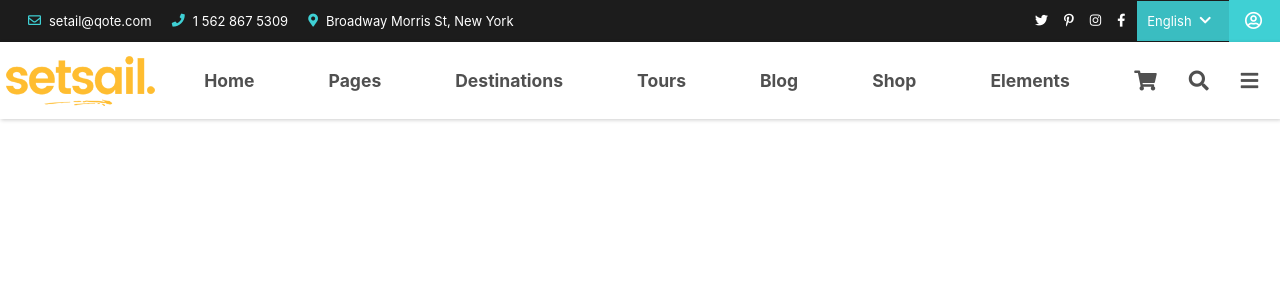
Repository: Hunga9k50doker/Setail
Page: /
These files come from the project's save history. The page is drawn as it stood at one moment and after the next save; the edit follows.
The browser window is 1280 px wide. The pictures show the whole page.
The project was rebuilt for these pictures with package versions that can differ from the ones it lists, and the page was loaded fresh each time.

Above is the page before, as saved 2021-10-21 12:24:22.

After the next save:
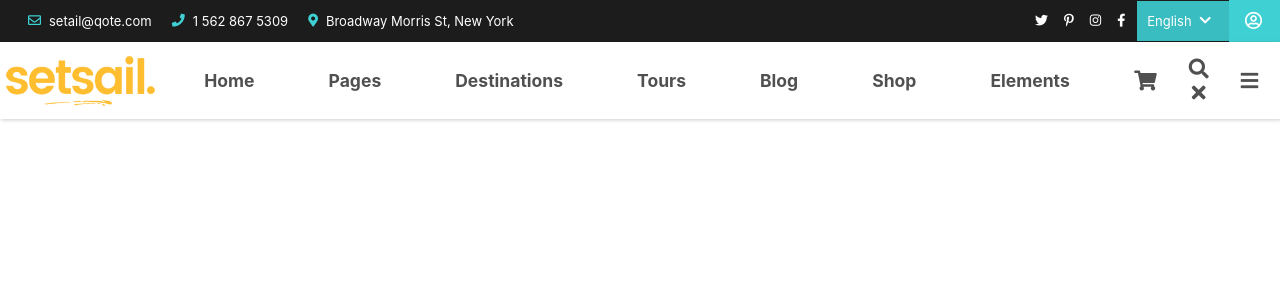
Saved 26 s later.
--- a/src/components/Navigation/Nav.js
+++ b/src/components/Navigation/Nav.js
@@ -190,9 +190,9 @@ const Nav = () => {
         <li className="nav__innerRight-item nav__innerRight-item-search">
           <i className="fas fa-search"></i>
           <div className="search-modal">
-
-              <imput type="text" className="search-input" />
-            </div>
+            <i class="fas fa-times"></i>
+            <imput type="text" className="search-input" />
+          </div>
         </li>
         <li className="nav__innerRight-item nav__innerRight-item-category">
           <i className="fas fa-bars"></i>
